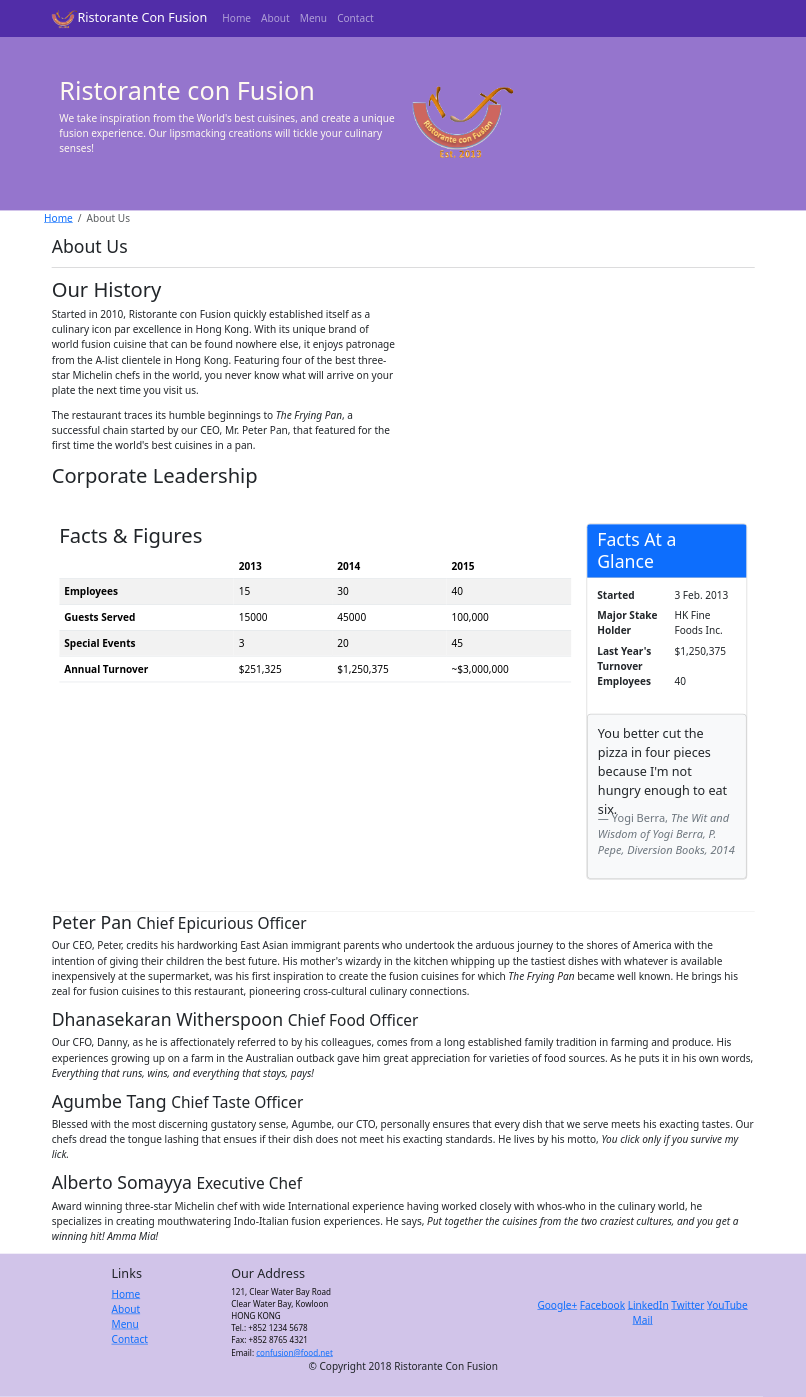
Repository: DungBuiTuan/FER201m
Page: aboutus.html
An editor plug-in stored every save of this project. The page is shown before and after the next save, followed by the edit.
The browser window is 1280 px wide. The pictures show the whole page, at 63% of full size.
Some web libraries are served in a nearby version.

Above is the page before, as saved 2023-05-18 00:07:57.

### aboutus.html
<!DOCTYPE html>
<html lang="en">

<head>

    <title>Ristorante Con Fusion: About Us</title>
    <meta charset="utf-8">
    <meta name="viewport" content="width=device-width, initial-scale=1, shrink-to-fit=no">
    <meta http-equiv="x-ua-compatible" content="ie=edge">
    <!-- Bootstrap CSS -->
    <link rel="stylesheet" href="node_modules/bootstrap/dist/css/bootstrap.min.css">
    <link href="CSS/styles.css" rel="stylesheet">
</head>

<body>
    <nav class="navbar navbar-dark navbar-expand-sm fixed-top">
        <div class="container">
            <button class="navbar-toggler" type="button" data-toggle="collapse" data-target="#Navbar">
                <span class="navbar-toggler-icon"></span>
            </button>
            <a class="navbar-brand mr-auto" href="#"><img src="img/img/logo.png" height="30" width="41">Ristorante Con Fusion</a>
            <div class="collapse navbar-collapse" id="Navbar">
                <ul class="navbar-nav mr-auto">
                    <li class="nav-item active"><a class="nav-link" href="#">Home</a></li>
                    <li class="nav-item"><a class="nav-link" href="./aboutus.html">About</a></li>
                    <li class="nav-item"><a class="nav-link" href="#">Menu</a></li>
                    <li class="nav-item"><a class="nav-link" href="#">Contact</a></li>
                </ul>
            </div>

        </div>

    </nav>
    <header class="jumbotron">
        <div class="container">
            <div class="row row-header">
                <div class="col-12 col-sm-6">
                    <h1>Ristorante con Fusion</h1>
                    <p>We take inspiration from the World's best cuisines, and create a unique fusion experience. Our lipsmacking creations will tickle your culinary senses!</p>
                </div>
                <div class="col-12 col-sm align-self-center">
                    <img src="img/img/logo.png" class="img-fluid">
                </div>
            </div>
        </div>
    </header>

    <div class="container">
        <div class="row">
            <ol class="col-12 breadcrumb">
                <li class="breadcrumb-item"><a href="./index.html">Home</a></li>
                <li class="breadcrumb-item active">About Us</li>
            </ol>
            <div class="col-12">
               <h3>About Us</h3>
               <hr>
            </div>
        </div>

        <div class="row">
            <div class="col-12 col-sm-6 col-md-6">
                <h2>Our History</h2>
                <p>Started in 2010, Ristorante con Fusion quickly established itself as a culinary icon par excellence in Hong Kong. With its unique brand of world fusion cuisine that can be found nowhere else, it enjoys patronage from the A-list clientele in Hong Kong.  Featuring four of the best three-star Michelin chefs in the world, you never know what will arrive on your plate the next time you visit us.</p>
                <p>The restaurant traces its humble beginnings to <em>The Frying Pan</em>, a successful chain started by our CEO, Mr. Peter Pan, that featured for the first time the world's best cuisines in a pan.</p>
            </div>
            <div>
            </div>
        </div>


        <div class="row">
            <div class="col col-sm col-md">
                <div>
                    <div>
                        <h2>Corporate Leadership</h2>
                        <div class="row row-content">
                            <div class="col-12 col-sm-9">
                                <h2>Facts &amp; Figures</h2>
                                <div class="table-responsive">
                                    <table class="table table-striped">
                                        <thead class="thead-dark">
                                            <tr>
                                                <th>&nbsp;</th>
                                                <th>2013</th>
                                                <th>2014</th>
                                                <th>2015</th>
                                            </tr>
                                        </thead>
                                        <tbody>
                                            <tr>
                                                <th>Employees</th>
                                                <td>15</td>
                                                <td>30</td>
                                                <td>40</td>
                                            </tr>
                                            <tr>
                                                <th>Guests Served</th>
                                                <td>15000</td>
                                                <td>45000</td>
                                                <td>100,000</td>
                                            </tr>
                                            <tr>
                                                <th>Special Events</th>
                                                <td>3</td>
                                                <td>20</td>
                                                <td>45</td>
                                            </tr>
                                            <tr>
                                                <th>Annual Turnover</th>
                                                <td>$251,325</td>
                                                <td>$1,250,375</td>
                                                <td>~$3,000,000</td>
                                            </tr>
                                        </tbody>
                                    </table>
                                </div>
                            </div>
                            <div class="col-12 col-sm-3">
                                <div class="card">
                                    <h3 class="card-header bg-primary text-white">Facts At a Glance</h3>
                                    <div class="card-body">
                                        <dl class="row">
                                            <dt class="col-6">Started</dt>
                                            <dd class="col-6">3 Feb. 2013</dd>
                                            <dt class="col-6">Major Stake Holder</dt>
                                            <dd class="col-6">HK Fine Foods Inc.</dd>
                                            <dt class="col-6">Last Year's Turnover</dt>
                                            <dd class="col-6">$1,250,375</dd>
                                            <dt class="col-6">Employees</dt>
                                            <dd class="col-6">40</dd>
                                        </dl>
                                    </div>
                                    <div class="col-12">
                                        <div class="card card-body bg-light">
                                            <blockquote class="blockquote">
                                                <p class="mb-0">You better cut the pizza in four pieces because
                                                    I'm not hungry enough to eat six.</p>
                                                <footer class="blockquote-footer">Yogi Berra,
                                                    <cite title="Source Title">The Wit and Wisdom of Yogi Berra,
                                                    P. Pepe, Diversion Books, 2014</cite>
                                                </footer>
                                            </blockquote>
                                        </div>
                                    </div>

                                </div>
                            </div>
                       </div>

                        <h3>Peter Pan <small>Chief Epicurious Officer</small></h3>
                    </div>
                    <div class="d-none d-sm-block">
                        <p>Our CEO, Peter, credits his hardworking East Asian immigrant parents who undertook the arduous journey to the shores of America with the intention of giving their children the best future. His mother's wizardy in the kitchen whipping up the tastiest dishes with whatever is available inexpensively at the supermarket, was his first inspiration to create the fusion cuisines for which <em>The Frying Pan</em> became well known. He brings his zeal for fusion cuisines to this restaurant, pioneering cross-cultural culinary connections.</p>
                    </div>
                </div>
                <div>
                    <div>
                        <h3>Dhanasekaran Witherspoon <small>Chief Food Officer</small></h3>
                    </div>
                    <div class="d-none d-sm-block">
                        <p>Our CFO, Danny, as he is affectionately referred to by his colleagues, comes from a long established family tradition in farming and produce. His experiences growing up on a farm in the Australian outback gave him great appreciation for varieties of food sources. As he puts it in his own words, <em>Everything that runs, wins, and everything that stays, pays!</em></p>
                    </div>
                </div>
                <div>
                    <div>
                        <h3>Agumbe Tang <small>Chief Taste Officer</small></h3>
                    </div>
                    <div class="d-none d-sm-block">
                        <p>Blessed with the most discerning gustatory sense, Agumbe, our CTO, personally ensures that every dish that we serve meets his exacting tastes. Our chefs dread the tongue lashing that ensues if their dish does not meet his exacting standards. He lives by his motto, <em>You click only if you survive my lick.</em></p>
                    </div>
                </div>
                <div>
                    <div>
                        <h3>Alberto Somayya <small>Executive Chef</small></h3>
                    </div>
                    <div class="d-none d-sm-block">
                        <p>Award winning three-star Michelin chef with wide International experience having worked closely with whos-who in the culinary world, he specializes in creating mouthwatering Indo-Italian fusion experiences. He says, <em>Put together the cuisines from the two craziest cultures, and you get a winning hit! Amma Mia!</em></p>
                    </div>
                </div>
            </div>
       </div>
    </div>

    <footer class="footer">
        <div class="container">
            <div class="row">
                <div class="col-4 offset-1 col-sm-2">
                    <h5>Links</h5>
                    <ul class="list-unstyled">
                        <li><a href="#">Home</a></li>
                        <li><a href="#">About</a></li>
                        <li><a href="#">Menu</a></li>
                        <li><a href="#">Contact</a></li>
                    </ul>
                </div>
                <div class="col-7 col-sm-5">
                    <h5>Our Address</h5>
                    <address>
		              121, Clear Water Bay Road<br>
		              Clear Water Bay, Kowloon<br>
		              HONG KONG<br>
		              Tel.: +852 1234 5678<br>
		              Fax: +852 8765 4321<br>
		              Email: <a href="mailto:confusion@food.net">confusion@food.net</a>
		           </address>
                </div>
                <div class="col-12 col-sm-4 align-self-center">
                    <div class="text-center">
                        <a href="http://google.com/+">Google+</a>
                        <a href="http://www.facebook.com/profile.php?id=">Facebook</a>
                        <a href="http://www.linkedin.com/in/">LinkedIn</a>
                        <a href="http://twitter.com/">Twitter</a>
                        <a href="http://youtube.com/">YouTube</a>
                        <a href="mailto:">Mail</a>
                    </div>
                </div>
           </div>
           <div class="row justify-content-center">
                <div class="col-auto">
                    <p>© Copyright 2018 Ristorante Con Fusion</p>
                </div>
           </div>
        </div>
    </footer>

</body>

</html>

### css/styles.css
body{
    padding:50px 0px 0px 0px;
    z-index:0;
}

.navbar-dark {
     background-color: #512DA8;
}

.row-header{
    margin:0px auto;
    padding:0px;
}

.row-content {
    margin:0px auto;
    padding: 50px 0px 50px 0px;
    border-bottom: 1px ridge;
    min-height:400px;
}

.footer{
    background-color: #D1C4E9;
    margin:0px auto;
    padding: 20px 0px 20px 0px;
}

.jumbotron {
    padding:70px 30px 70px 30px;
    margin:0px auto;
    background: #9575CD ;
    color:floralwhite;
}

address{
    font-size:80%;
    margin:0px;
    color:#0f0f0f;
}

After the next save:
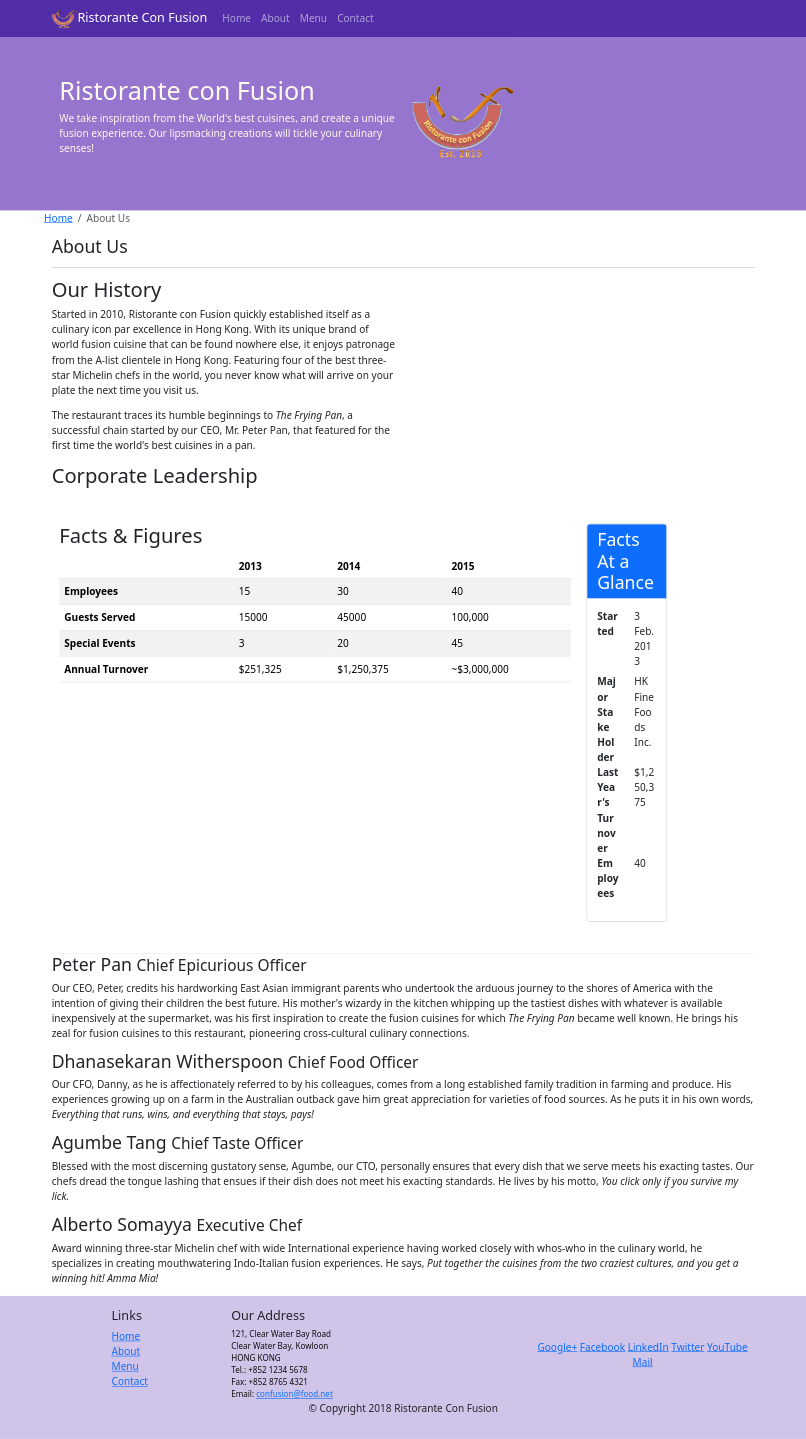
Saved 116 s later.
--- a/aboutus.html
+++ b/aboutus.html
@@ -116,34 +116,24 @@
                                 </div>
                             </div>
                             <div class="col-12 col-sm-3">
-                                <div class="card">
-                                    <h3 class="card-header bg-primary text-white">Facts At a Glance</h3>
-                                    <div class="card-body">
-                                        <dl class="row">
-                                            <dt class="col-6">Started</dt>
-                                            <dd class="col-6">3 Feb. 2013</dd>
-                                            <dt class="col-6">Major Stake Holder</dt>
-                                            <dd class="col-6">HK Fine Foods Inc.</dd>
-                                            <dt class="col-6">Last Year's Turnover</dt>
-                                            <dd class="col-6">$1,250,375</dd>
-                                            <dt class="col-6">Employees</dt>
-                                            <dd class="col-6">40</dd>
-                                        </dl>
-                                    </div>
-                                    <div class="col-12">
-                                        <div class="card card-body bg-light">
-                                            <blockquote class="blockquote">
-                                                <p class="mb-0">You better cut the pizza in four pieces because
-                                                    I'm not hungry enough to eat six.</p>
-                                                <footer class="blockquote-footer">Yogi Berra,
-                                                    <cite title="Source Title">The Wit and Wisdom of Yogi Berra,
-                                                    P. Pepe, Diversion Books, 2014</cite>
-                                                </footer>
-                                            </blockquote>
+                                <div class="col-12 col-sm-6">
+                                    <div class="card">
+                                        <h3 class="card-header bg-primary text-white">Facts At a Glance</h3>
+                                        <div class="card-body">
+                                            <dl class="row">
+                                                <dt class="col-6">Started</dt>
+                                                <dd class="col-6">3 Feb. 2013</dd>
+                                                <dt class="col-6">Major Stake Holder</dt>
+                                                <dd class="col-6">HK Fine Foods Inc.</dd>
+                                                <dt class="col-6">Last Year's Turnover</dt>
+                                                <dd class="col-6">$1,250,375</dd>
+                                                <dt class="col-6">Employees</dt>
+                                                <dd class="col-6">40</dd>
+                                            </dl>
                                         </div>
                                     </div>
-
                                 </div>
+
                             </div>
                        </div>
 
